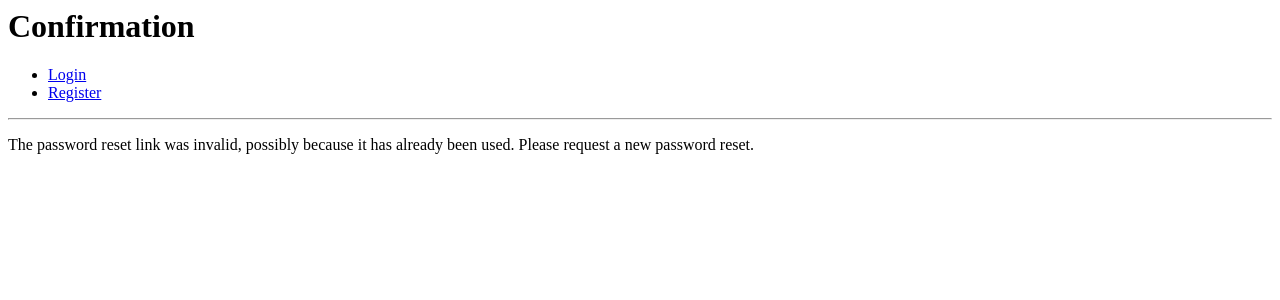
Repository: toderas/Django-authentication
Page: templates/registration/password_reset_confirm.html
The author's editor kept a record of every edit. The page is drawn from the files as they stood at one moment, then again after the next edit.
The browser window is 1280 px wide. The pictures show the whole page.
The template is drawn by Django 2.2. The application's start-up code is not run. The template is opened directly, without the code that normally fills it, so the values that code supplies are empty.

Above is the page before.

After the next edit:
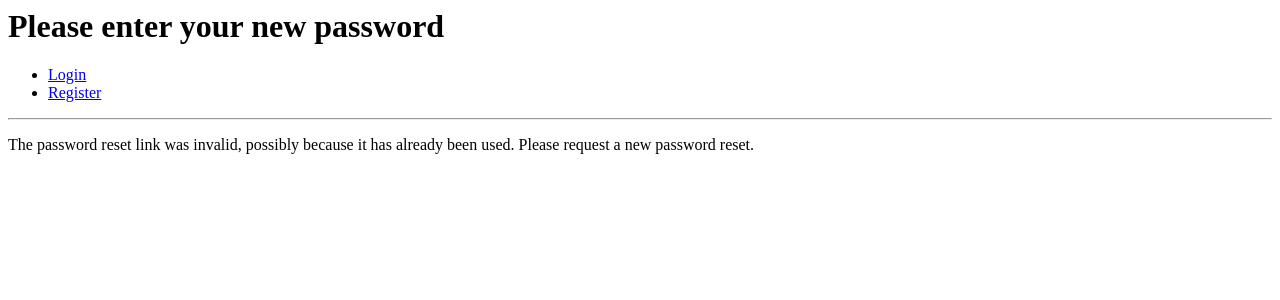
The edit:
--- a/templates/registration/password_reset_confirm.html
+++ b/templates/registration/password_reset_confirm.html
@@ -4,7 +4,7 @@
 
 {% block page_title %} Password reset{% endblock %}
 
-{% block page_heading %}Confirmation{% endblock %}
+{% block page_heading %} Please enter your new password{% endblock %}
 {% block content %}
 
 {% if validlink %}
